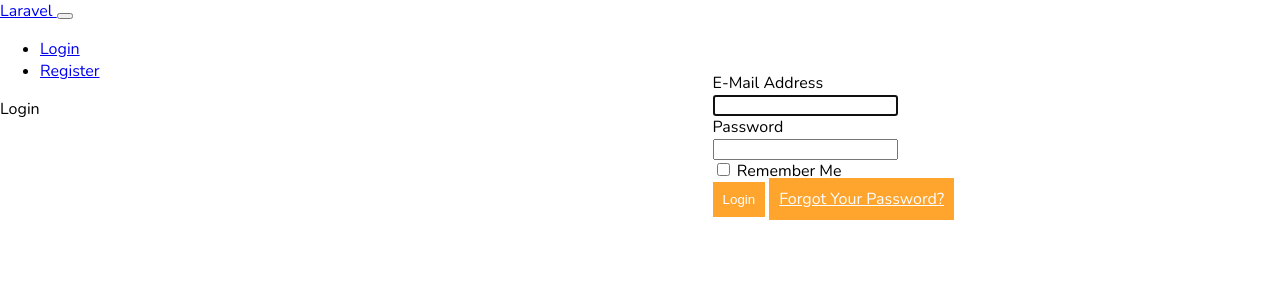
Repository: PatryxB/libraryBook
Page: http://localhost/login
An editor plug-in stored every save of this project. The page is shown before and after the next save, followed by the edit.
The browser window is 1280 px wide. The pictures show the whole page.
The page is served by the project's Laravel application, run on PHP 8.4 with Laravel 8. Style sheets and scripts are compiled from the project's sources, by tool versions that may differ from the author's.

Above is the page before, as saved 2020-05-14 13:44:25.

After the next save:
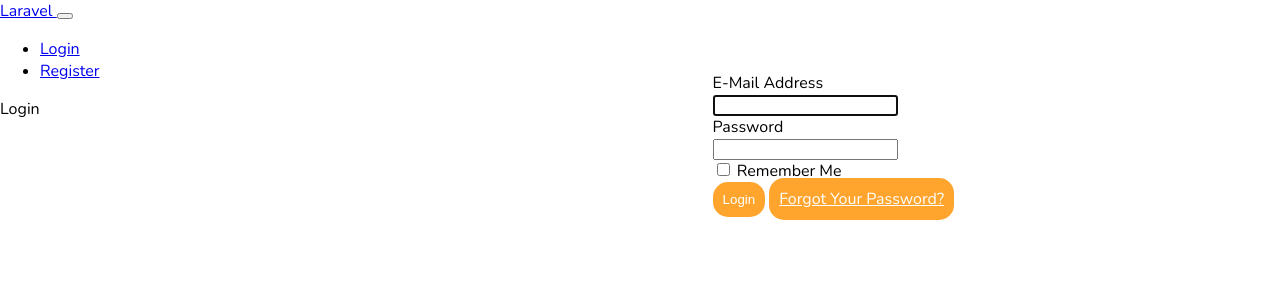
Saved 12 s later.
--- a/resources/sass/app.scss
+++ b/resources/sass/app.scss
@@ -37,4 +37,5 @@ form{
     color: white;
     border: none;
     padding: 10px;
+    border-radius: 15px;
 }
